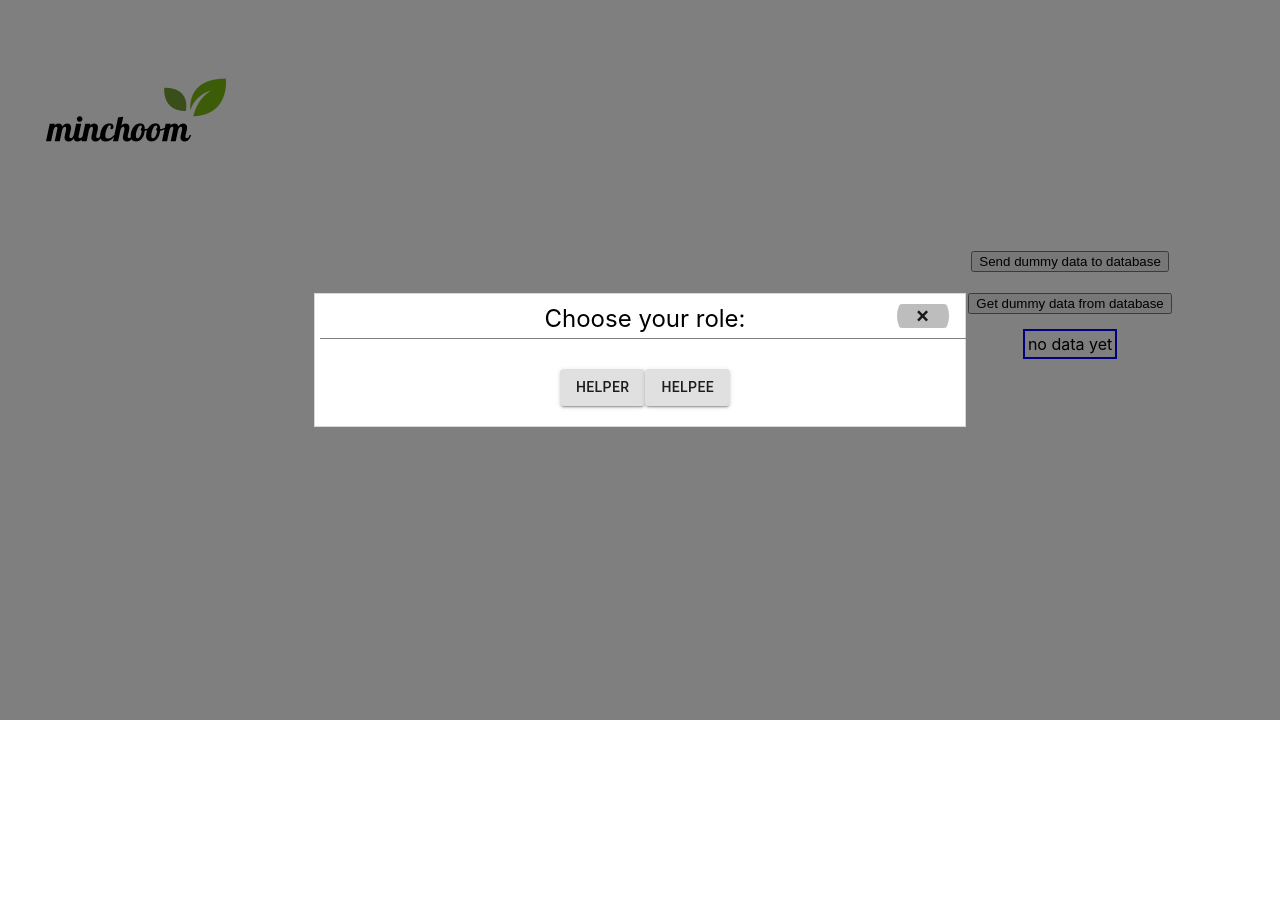
Repository: jeongeonp/MinChoAvengers
Page: / (app in minchoom/)
The author's editor kept a copy of each file at every save. The page is drawn from the files as they stood at one save, then again after a run of saves.
The browser window is 1280 px wide. The pictures show the whole page.
The project was rebuilt for these pictures with package versions that can differ from the ones it lists, and the page was loaded fresh each time.

Above is the page before, as saved 2020-11-19 17:03:12.

### minchoom/src/App.js
import React, { Component } from 'react';
import { BrowserRouter as Router, Route } from 'react-router-dom';
import Home from './components/Home'



class App extends Component {
  constructor(props) {
    super(props);
  }
  render() {

    return (
      <Router>
          <Route exact path="/" component={Home}></Route>
      </Router>
    );
  }
}

export default App;

### minchoom/src/components/Home.js
import React, { Component } from 'react';
import ReactPlayer from 'react-player'
import { Header, Input, Form, Button, Progress, Dimmer, Loader } from 'semantic-ui-react';
import '../App.css';
import logo from'../minchoom-logo.png';
import Chat from './Chat';
import Modal from './Modal';

const databaseURL = "https://minchoom-cs473.firebaseio.com/";

class Home extends Component {
    constructor(props) {
        super(props);
        this.state = {
            playing: false,
            playbackRate: 1.0,
            modalOpen: true,
            dummyData: "no data yet",
        }
        this.sendData = this.sendData.bind(this);
        this.getData = this.getData.bind(this);
        this.closeModal = this.closeModal.bind(this);
    }

    sendData = () => {
        const sampleString = "Sent at " + new Date() + "- last dummy data from firebase."
        const sampleDict = {text: "Sent at " + new Date() + "- last dummy data from firebase."}
        return fetch( `${databaseURL+'/dummyData'}/.json`, {
            method: 'PATCH',
            body: JSON.stringify(sampleDict)
        }).then(res => {
            if (res.status !== 200) {
                throw new Error(res.statusText);
            }
            return res.json();
        }).then(() => {
            console.log("Dummy data succesfully sent!")
        })
    }

    getData = () => {
        fetch( `${databaseURL+'/dummyData'}/.json`).then(res => {
            if (res.status !== 200) {
                throw new Error(res.statusText);
            }
            return res.json();
        }).then(res => {
            const keys = Object.keys(res)
            console.log(res)
            this.setState({
                dummyData: res["text"],
            })
        })
    }

    closeModal(){
        this.setState({modalOpen: false})
      }

    render() {
        const { } = this.props;
        const {playing, playbackRate, dummyData, modalOpen} = this.state;
        const { sendData, getData } = this;
        return (
            <div className="Home">
                <div className="header-bar">
                    <div className="header-title">
                        <img src={logo} alt="fireSpot"/>
                    {/*
                    <Header as="h1">
                        Minchoom 🌿
                    </Header>
                    */}
                    </div>
                </div>
                <div className="main-page">
                <div className="split-left"  tabIndex="1">
                    <div className="main-video">
                    <ReactPlayer ref={this.ref} playing={playing}
                    playbackRate={playbackRate} id="video"  width="100%" height="100%" controls url = {'https://www.youtube.com/watch?v=rj_YjNakQ5k'} onPause={this._onPause}
                    onPlay={this._onPlay}
                    onReady={this._onReady}
                    onProgress={this.handleProgress}
                    onDuration={this.handleDuration}
                    onSeek={this._onSeek}>
                    </ReactPlayer>
                    </div>
                </div>
                <div className="split-right" >
                    <Chat>

                    </Chat>
                    <button type="button" onClick={sendData}>Send dummy data to database</button> <br/> <br/>
                    <button type="button" onClick={getData}>Get dummy data from database</button> <br/> <br/>
                    { dummyData
                        ?
                        <span style={{border: "2px solid blue", padding: "3px", margin: "3px"}}>{dummyData}</span>
                        :
                        <span> no data yet</span>
                    }
                </div>
                </div>
                <Modal open={modalOpen} closeModal={this.closeModal}></Modal>
            </div>
        )
    }
}
export default Home;

### minchoom/src/App.css

.Home {
  text-align: center;
  height: 100vh;
}
.header-title {
  margin: 10px 10px;
}

.header-bar{
  justify-content: left;
  display: grid;
  margin-left: 2%;
  grid-auto-flow: column dense;
}


.main-page {
  width: 100%;
  height: 90%;
  display: flex;
}

.split-left {
  width: 70%;
  height: 100%;
  margin-left: 2%;
  margin-top: 2%;
  overflow-x: hidden;
  overflow-y: hidden;
  left: 0;
}
.split-right {
  width: 30%;
  height: 100%;
  margin-right: 2%;
  margin-top: 2%;
  overflow-x: hidden;
  overflow-y: hidden;
  right: 0;
}
.main-video {
  /* top: 10%; */
  width: 90%;
  height: 70%;

}

.modal {
  font-size: 17px;
}
.modal > .header {
  width: 100%;
  border-bottom: 1px solid gray;
  font-size: 24px;
  text-align: center;
  padding: 5px;
}
.modal > .content {
  width: 100%;
  padding: 10px 5px 10px;
  text-align: center;
  font-size: 20px;
}
.modal > .actions {
  width: 100%;
  padding: 10px 5px 15px;
  margin: auto;
  text-align: center;

}
.modal > .close {
  cursor: pointer;
  position: absolute;
  display: block;
  padding: 2px 5px;
  line-height: 20px;
  right: 10px;
  top: 10px;
  font-size: 24px;
  border-radius: 18px;
  border: none;
}

.button{
  margin: 5px;
}


@keyframes App-logo-spin {
  from {
    transform: rotate(0deg);
  }
  to {
    transform: rotate(360deg);
  }
}

### minchoom/src/components/Chat.js
import React from "react";
import Popup from "reactjs-popup";
import '../App.css';

export default class Chat extends React.Component {
    constructor(props) {
        super(props);
        this.state = {

          };
      }




    render() {

       return null;

    }};

### minchoom/src/components/Modal.js
import React from "react";
import Popup from "reactjs-popup";
import '../App.css';
import 'reactjs-popup/dist/index.css';
import Button from '@material-ui/core/Button';

export default class Modal extends React.Component {
    constructor(props) {
        super(props);
        this.state = {

          };
      }


      handleChange(event) {
        this.setState({input: event.target.value});
      }

      handleSubmit(event, close) {

        return false;
      }



    render() {
        const { open, closeModal, } = this.props;
        return (
            <Popup  open={open} position="top center" >
              {close => (
                <div className="modal">
                  <Button className="close"  onClick={close}>
                    &times;
                  </Button>
                  <div className="header"> Choose your role: </div>
                  <div className="content">
                  {" "}
                  </div>
                  <div className="actions">
                  <Button className="button" variant="contained" onClick={() => { console.log("modal closed "); closeModal();
                      //send to server
                    }}>
                      Helper
                  </Button>
                  <Button className="button" variant="contained" onClick={() => { console.log("modal closed "); closeModal();
                      //send to server
                    }}>
                      Helpee
                  </Button>
                  </div>
                </div>
              )}

            </Popup>
        )
    }};

Loaded but not shown: minchoom/public/index.html (common file); minchoom/src/index.js (common file); minchoom/src/index.css (common file); minchoom/src/reportWebVitals.js (common file)

After the next 5 saves:
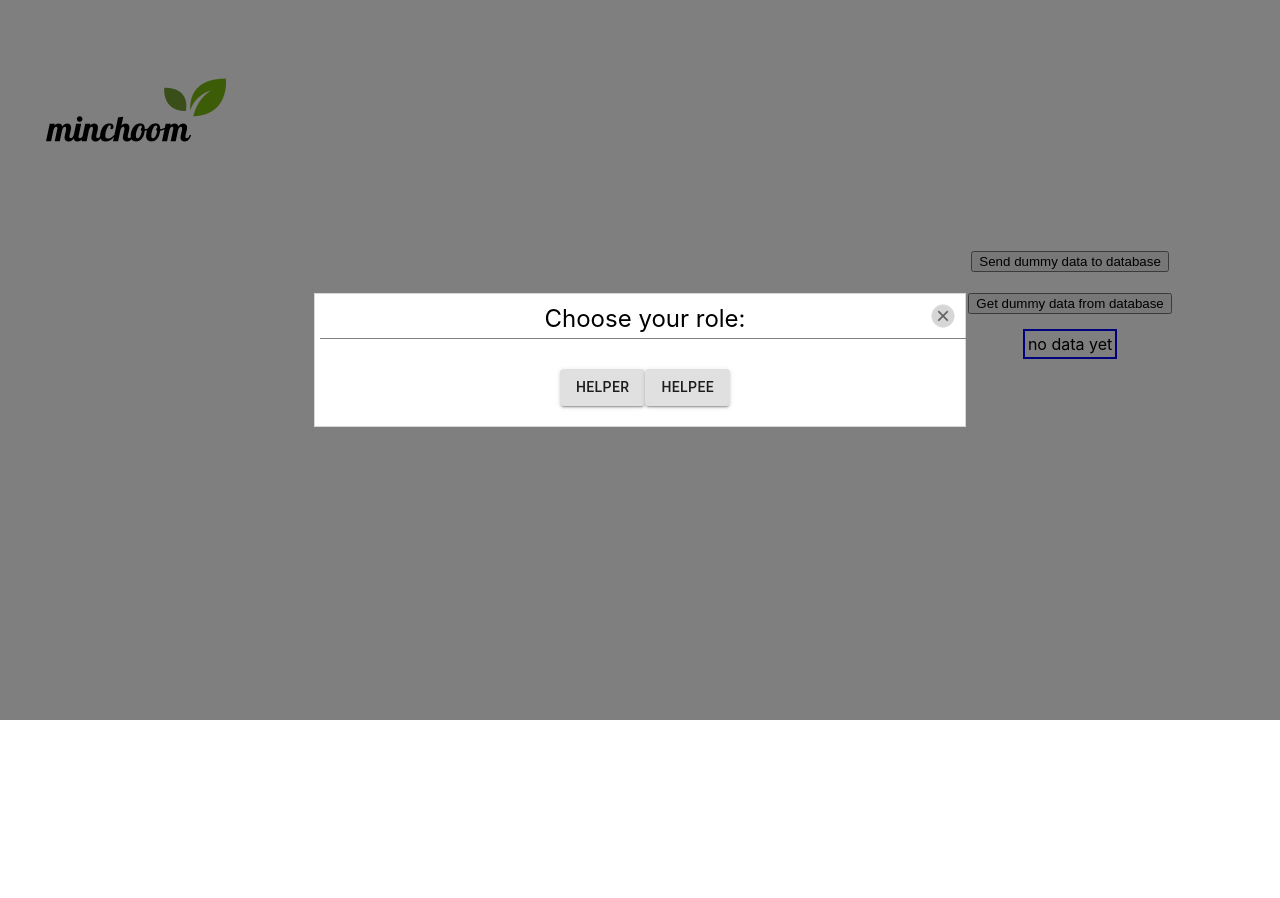
The 5 saves are shown as one change because 4 did not build or start.
The last was saved 65 s later.
--- a/minchoom/src/components/Modal.js
+++ b/minchoom/src/components/Modal.js
@@ -3,6 +3,7 @@
 import '../App.css';
 import 'reactjs-popup/dist/index.css';
 import Button from '@material-ui/core/Button';
+import IconButton from '@material-ui/core/IconButton'
 
 export default class Modal extends React.Component {
     constructor(props) {
@@ -30,9 +31,9 @@
             <Popup  open={open} position="top center" >
               {close => (
                 <div className="modal">
-                  <Button className="close"  onClick={close}>
+                  <IconButton className="close"  onClick={close}>
                     &times;
-                  </Button>
+                  </IconButton>
                   <div className="header"> Choose your role: </div>
                   <div className="content">
                   {" "}
